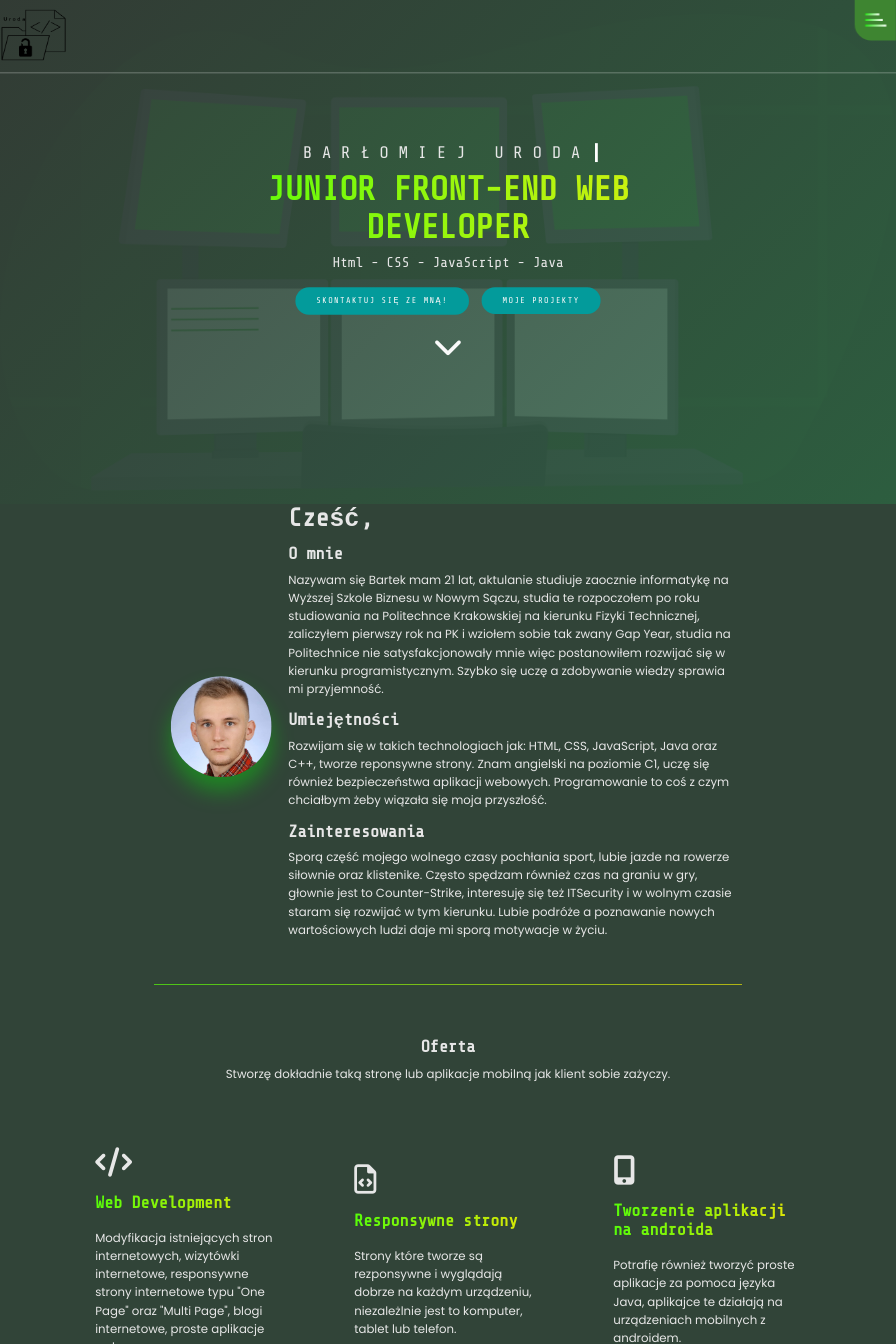
Repository: BartekUroda/portfolio
Page: index.html
An editor plug-in stored every save of this project. The page is shown before and after the next save, followed by the edit.
The browser window is 1280 px wide. The pictures show the part of the page from y = 0 to 1920 px (the page is 3950 px tall), at 70% of full size.
Some web libraries are served in a nearby version.

Above is the page before, as saved 2020-10-27 22:58:20.

After the next save:
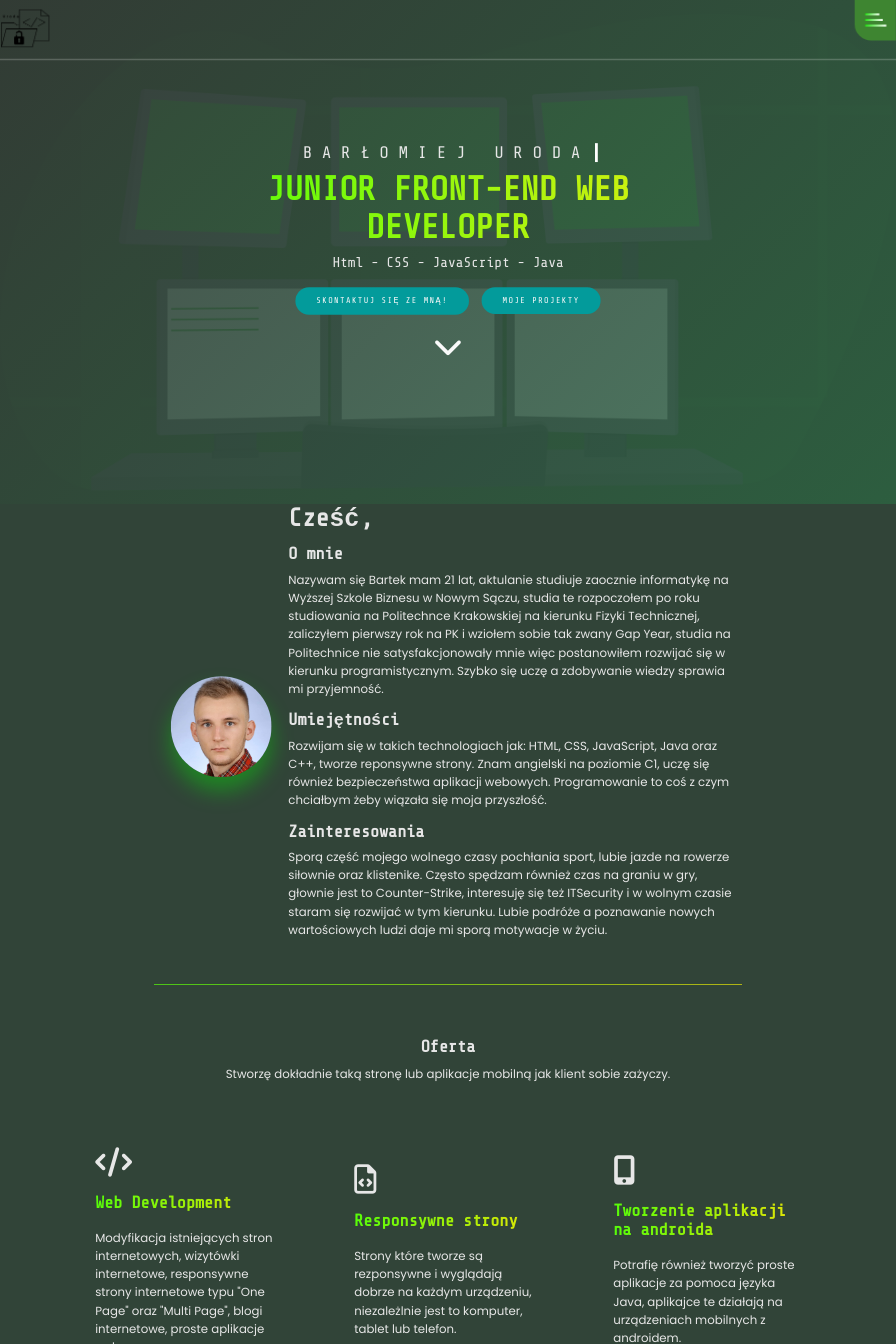
Saved 58 s later.
--- a/css/style.css
+++ b/css/style.css
@@ -53,7 +53,7 @@ header {
     padding: 0 1.5rem;
 }
 .nav-brand {
-    width: 8rem;
+    width: 6rem;
 }
 nav {
     width: 100%;
